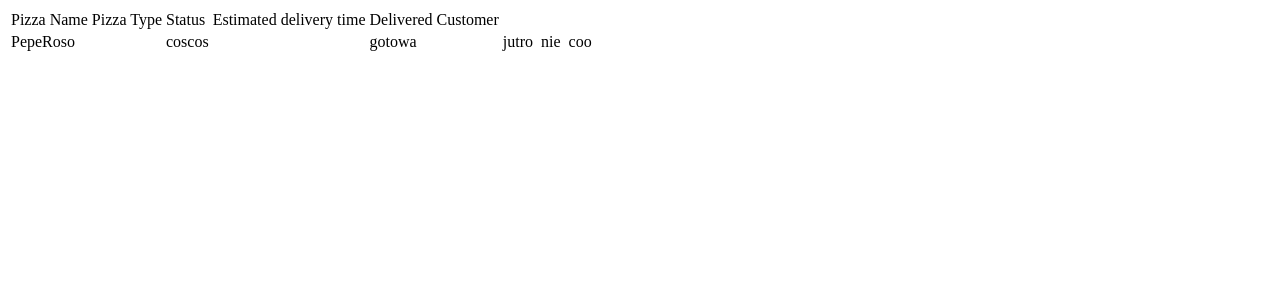
Repository: wisni4k/html-trainee
Page: testWeb/WebContent/OrdersList.html
The author's editor kept a copy of each file at every save. The page is drawn from the files as they stood at one save, then again after the next save.
The browser window is 1280 px wide. The pictures show the whole page.

Above is the page before, as saved 2015-07-10 11:51:38.

After the next save:
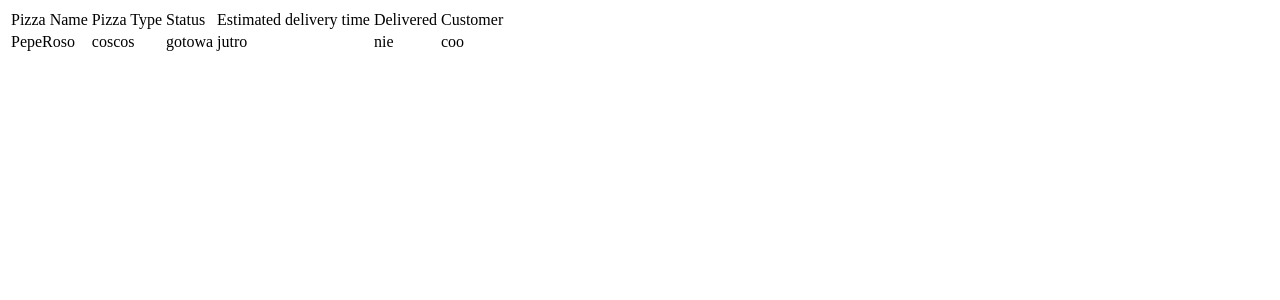
Saved 16 s later.
--- a/testWeb/WebContent/OrdersList.html
+++ b/testWeb/WebContent/OrdersList.html
@@ -17,12 +17,12 @@
 
 		</tr>
 		<tr>
-			<td>PepeRoso<td></td>
-			<td>coscos<td></td>
-			<td>gotowa<td></td>
-			<td>jutro<td></td>
-			<td>nie<td></td>
-			<td>coo<td></td>
+			<td>PepeRoso</td>
+			<td>coscos</td>
+			<td>gotowa</td>
+			<td>jutro</td>
+			<td>nie</td>
+			<td>coo</td>
 		</tr>
 	</table>
 
